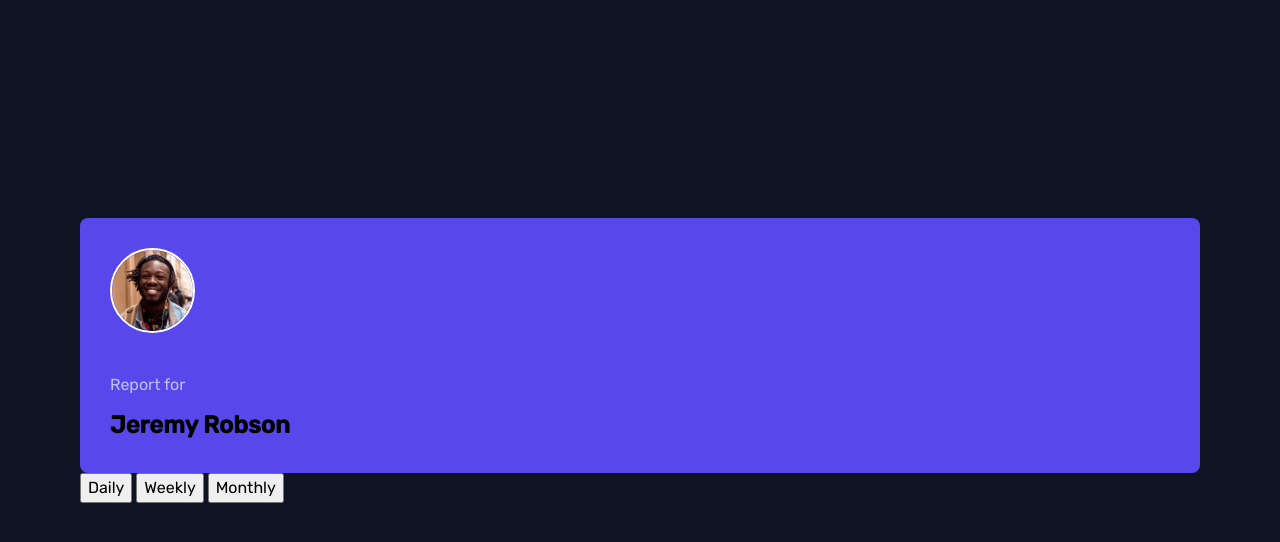
Repository: Akashiii1/WebTimeTracking_Day6
Page: index.html
The author's editor kept a copy of each file at every save. The page is drawn from the files as they stood at one save, then again after the next save.
The browser window is 1280 px wide. The pictures show the whole page.

Above is the page before, as saved 2021-12-26 23:46:58.

### index.html
<!DOCTYPE html>
<html lang="en">
  <head>
    <meta charset="UTF-8" />
    <meta name="viewport" content="width=device-width, initial-scale=1.0" />
    <!-- displays site properly based on user's device -->

    <link
      rel="icon"
      type="image/png"
      sizes="32x32"
      href="./images/favicon-32x32.png"
    />

    <title>Frontend Mentor | Time tracking dashboard</title>

    <!-- Feel free to remove these styles or customise in your own stylesheet 👍 -->
    <link rel="stylesheet" href="style.css" />
    <style>
      .attribution {
        font-size: 11px;
        text-align: center;
      }

      .attribution a {
        color: hsl(228, 45%, 44%);
      }
    </style>
  </head>

  <body>
    <div class="container">
      <div class="first">
        <div class="user">
          <div class="user-img">
            <img src="images/image-jeremy.png" alt="" />
          </div>
          <div class="user-content">
            <p class="user-info">Report for</p>
            <h2 class="user-name">Jeremy Robson</h2>
          </div>
        </div>
        <div class="options">
          <button class="user-btn">Daily</button>
          <button class="user-btn active">Weekly</button>
          <button class="user-btn">Monthly</button>

        </div>
      </div>
    </div>

    <!-- <div class="attribution">
      Challenge by
      <a href="https://www.frontendmentor.io?ref=challenge" target="_blank"
        >Frontend Mentor</a
      >. Coded by <a href="#">Your Name Here</a>.
    </div> -->
    <script src="app.js"></script>
  </body>
</html>

### style.css
@import url('https://fonts.googleapis.com/css2?family=Rubik:wght@300;400;500&display=swap');
:root{
  --Blue: hsl(246, 80%, 60%);

 --Lightred: hsl(15, 100%, 70%);/*(work)*/
 --Softblue : hsl(195, 74%, 62%);/*(play)*/
 --Lightred : hsl(348, 100%, 68%);/*(study)*/
 --Limegreen : hsl(145, 58%, 55%);/*(exercise)*/
 --Violet: hsl(264, 64%, 52%);/*(social)*/
 --Softorange : hsl(43, 84%, 65%);/*(self care)*/

  --Verydarkblue: hsl(226, 43%, 10%);
  --Darkblue: hsl(235, 46%, 20%);
  --Desaturatedblue: hsl(235, 45%, 61%);
  --PaleBlue: hsl(236, 100%, 87%);
}
*,
*::before,
*::after {
  box-sizing: border-box;
}
body,
h1,
h2,
h3,
h4,
h5,
h6,
p,
figure,
picture {
  margin: 0;
}
body {
  min-height: 100vh;
  line-height: 1.5;
}
input,
button,
select,
textarea {
  font: inherit;
}
img,
picture {
  display: block;
  max-width: 100%;
}
body{
  font-family: 'Rubik', sans-serif;
  background: var(--Verydarkblue);
  min-height: 100vh;
  display: flex;
  justify-content: center;
  align-items: center;
}
.container{
  width: 1120px;
}
.user{
  background: var(--Blue);
  border-radius: 8px;
  padding: 30px;
}
.user-img{
  width: 85px;
  height: 85px;
  margin-bottom: 40px;
}
.user-img img{
  border-radius: 50%;
  border: 2px solid #fff;
  object-fit: cover;
}
.user-content{

}
.user-info{
  color: var(--PaleBlue);
  margin-bottom: 10px;
}
/* remove animation for people who've turned them off */
@media (prefers-reduced-motion: reduce) {
  *,
  *::before,
  *::after {
    animation-duration: 0.01ms !important;
    animation-iteration-count: 1 !important;
    transition-duration: 0.01ms !important;
    scroll-behavior: auto !important;
  }
}

Loaded but not shown: app.js (no stored copy; drawn as an empty file)

After the next save:
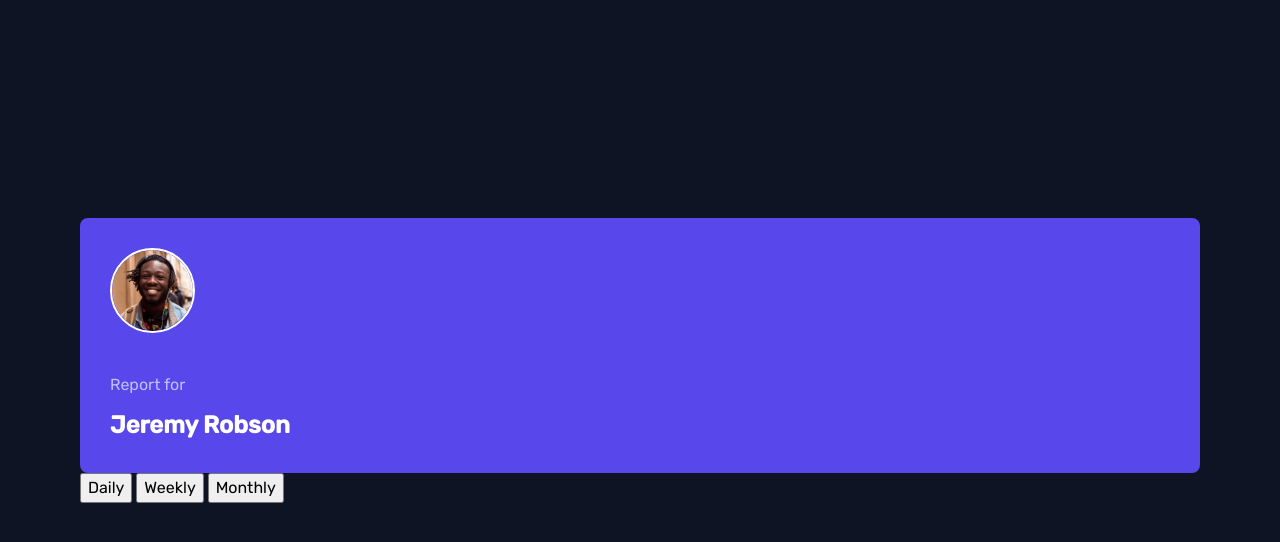
Saved 11 s later.
--- a/style.css
+++ b/style.css
@@ -79,6 +79,9 @@ body{
   color: var(--PaleBlue);
   margin-bottom: 10px;
 }
+.user-name{
+  color: #fff;
+}
 /* remove animation for people who've turned them off */
 @media (prefers-reduced-motion: reduce) {
   *,
